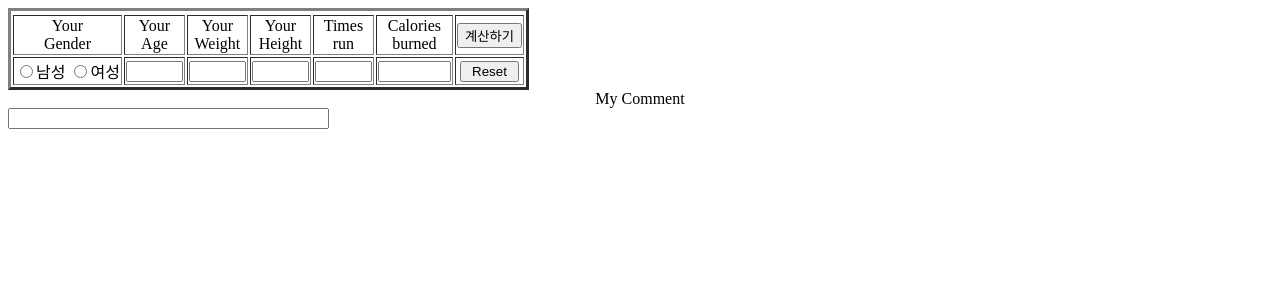
Repository: lgy880/AIWebDevelopment
Page: RUN_WAY/src/main/resources/static/html/ver2.html
These files come from the project's save history. The page is drawn as it stood at one moment and after the next save; the edit follows.
The browser window is 1280 px wide. The pictures show the whole page.

Above is the page before, as saved 2021-08-05 07:00:28.

After the next save:
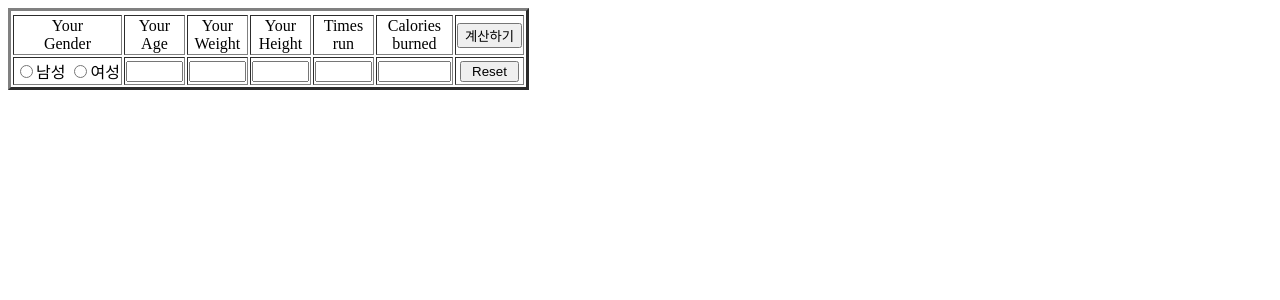
Saved 6 s later.
--- a/RUN_WAY/src/main/resources/static/html/ver2.html
+++ b/RUN_WAY/src/main/resources/static/html/ver2.html
@@ -118,10 +118,6 @@
 					</div>
 			</tr>
 		</table>
-			<tr>
-				<TD><DIV ALIGN=CENTER>My Comment</DIV></TD>
-				<TD><INPUT TYPE=text NAME="comment" size="37"></td>
-			</TR>
 	</FORM>
 
 
